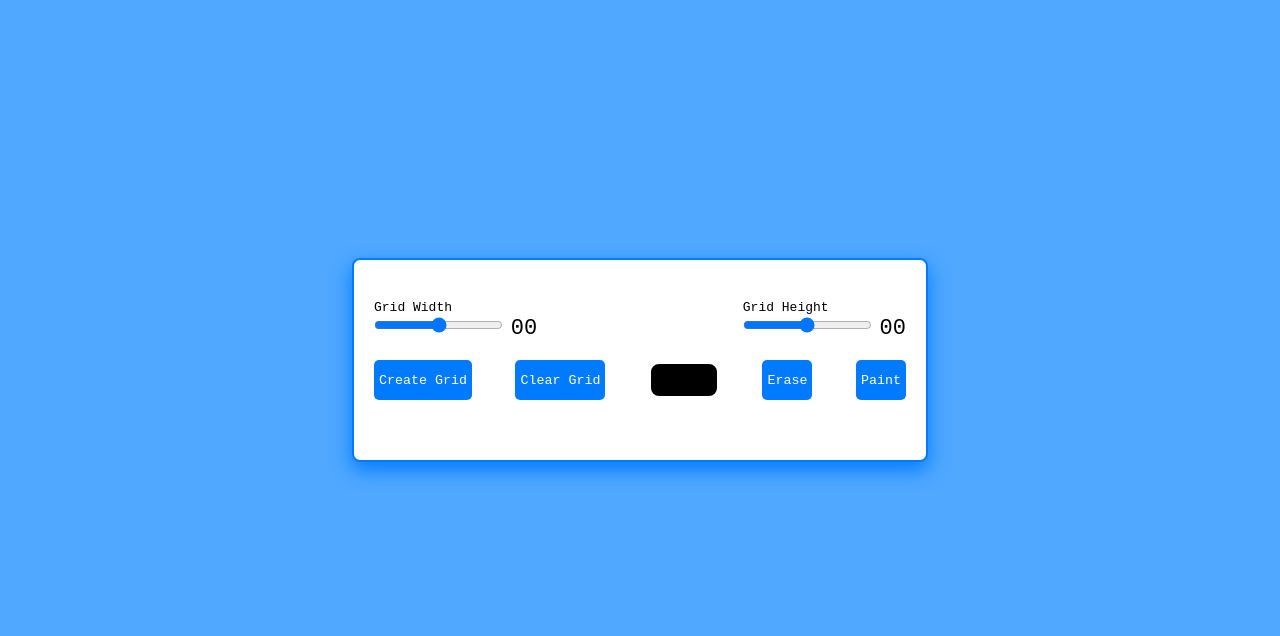
Repository: radisyah/Pixel_Art_Generator
Page: index.html
These files come from the project's save history. The page is drawn as it stood at one moment and after the next save; the edit follows.
The browser window is 1280 px wide. The pictures show the whole page.
After loading, the first visible `#submit-grid` was clicked once.

Above is the page before, as saved 2024-11-20 13:07:37.

### index.html
<!DOCTYPE html>
<html lang="en">
<head>
    <meta charset="UTF-8">
    <meta name="viewport" content="width=device-width, initial-scale=1.0">
    <link rel="stylesheet" href="style.css">
    <title>#1 - Pixel Art Generator</title>
</head>
<body>

    <div class="wrapper">

        <div class="options">
            <div class="option-wrapper">
                <div class="slider">
                    <label for="width-range">Grid Width</label>
                    <input type="range" id="width-range" min="1" max="35">
                    <span id="width-value">00</span>
                </div>
                <div class="slider">
                    <label for="height-range">Grid Height</label>
                    <input type="range" id="height-range" min="1" max="35">
                    <span id="height-range">00</span>
                </div>
            </div>

            <div class="option-wrapper">
                <button id="submit-grid">Create Grid</button>
                <button id="clear-grid">Clear Grid</button>
                <input type="color" id="color-input">
                <button id="erase-btn">Erase</button>
                <button id="paint-btn">Paint</button>
            </div>

        </div>

        <div class="container"></div>

    </div>

    <script src="index.js"></script>

</body>
</html>

### style.css
*{
    padding: 0;
    margin: 0;
    box-sizing: border-box;
    font-family: monospace;
}

body{
    background-color: #50a8ff;
}

.wrapper{
    background-color: white;
    width: 80vmin;
    position: absolute;
    transform: translate(-50%, -50%);
    top: 50%;
    left: 50%;
    padding: 40px 20px;
    border-radius: 8px;
    box-shadow: 0 8px 20px  #007bff;
    border: 2px solid #007bff;
}

label{
    display: block;
}

span{
    position: relative;
    font-size: 22px;
    bottom: -1px;
}

.option-wrapper{
    display: flex;
    justify-content: space-between;
    margin-bottom: 20px;
    gap: 10px;
}

button{
    background-color: #007bff;
    border: 0;
    border-radius: 5px;
    padding: 5px;
    color: white;
}

input[type="color"]{
    -webkit-appearance: none;
    -moz-appearance: none;
    appearance: none;
    background-color: transparent;
    width: 70px;
    height: 40px;
    border: none;
    cursor: pointer;
}

input[type="color"]::-webkit-color-swatch{
    border-radius: 8px;
    border: 4px solid black;
}

.gridCol{
    height: 1em;
    width: 1em;
    border: 1px solid #ddd;
}

.gridRow{
    display: flex;
}

@media only screen and (max-width: 768px){
    .gridCol{
        height: 0.8em;
        width: 0.8em;
    }
}

### index.js
let container = document.querySelector(".container");
let gridButton = document.getElementById("submit-grid");
let clearGridButton = document.getElementById("clear-grid");
let gridWidth = document.getElementById("width-range");
let gridHeight = document.getElementById("height-range");
let colorButton = document.getElementById("color-input");
let eraseBtn = document.getElementById("erase-btn");
let paintBtn = document.getElementById("paint-btn");
let widthValue = document.getElementById("widht-value");
let heightValue = document.getElementById("height-value");

let events = {
    mouse: {
        down: "mousedown",
        move: "mousemove",
        up: "mouseup"
    },
    touch: {
        down: "touchstart",
        move: "touchmove",
        up: "touchend",
    }
};

let deviceType = "";

let draw = false;
let erase = false;

const isTouchDevice = () => {
    try {
        document.createEvent("TouchEvent");
        deviceType = "touch";
        return true;
    } catch (e) {
        deviceType = "mouse";
        return false;
    }
};

isTouchDevice();

gridButton.addEventListener("click", () => {
    container.innerHTML = "";
    let count = 0;
    for (let i = 0; i < gridHeight.value; i++){
        count += 2;
        let div = document.createElement("div");
        div.classList.add("gridRow");

        for (let j = 0; j < gridWidth.value; j++) {
            count += 2;
            let col = document.createElement("div");
            col.classList.add("gridCol");
            col.setAttribute("id",  `gridCol${count}`);
            col.addEventListener(events[deviceType].down, () => {
                draw = true;
                if (erase) {
                    col.style.backgroundColor = "transparent";
                } else {
                    col.style.backgroundColor = colorButton.value;
                }
            });

            col.addEventListener(events[deviceType].move, (e) => {
                let elementId = document.elementFromPoint(
                    !isTouchDevice() ? e.clientX : e.touches[0].clientX,
                    !isTouchDevice() ? e.clientY : e.touches[0].clientY,
                ).id;
                checker(elementId);
            });
        }
    }
});

After the next save:
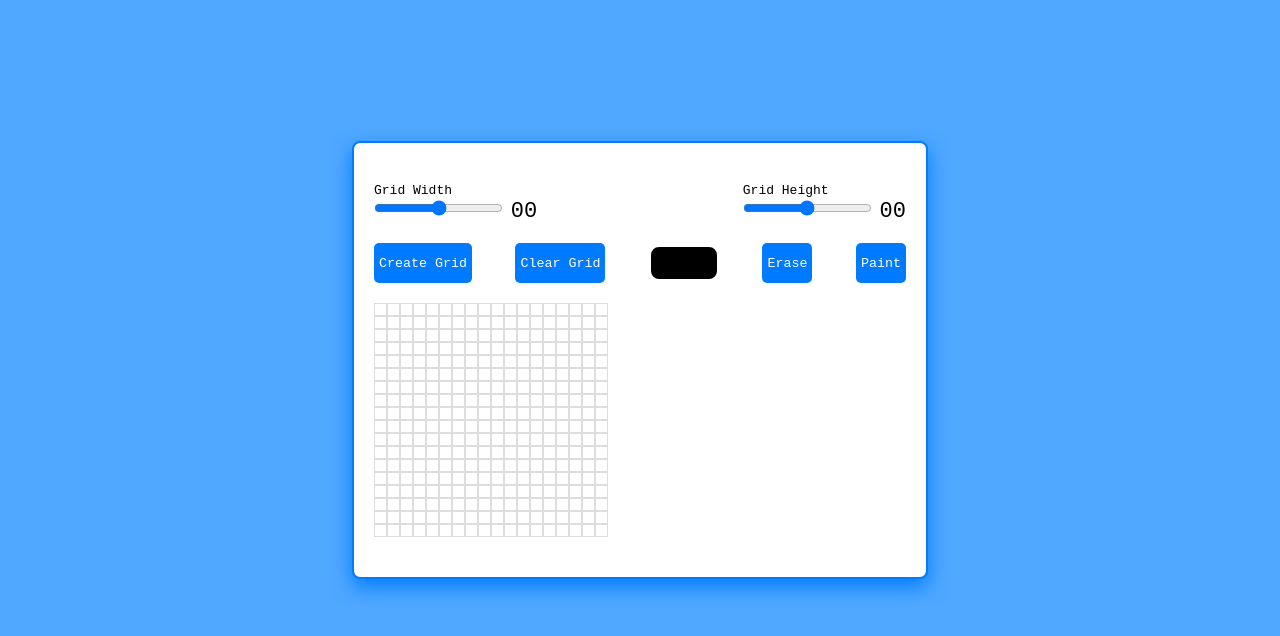
Saved 30 s later.
--- a/index.js
+++ b/index.js
@@ -69,6 +69,14 @@ gridButton.addEventListener("click", () => {
                 ).id;
                 checker(elementId);
             });
+
+            col.addEventListener(events[deviceType].up, () => {
+                draw = false;
+            });
+
+            div.appendChild(col);
         }
+
+        container.appendChild(div);
     }
 });
